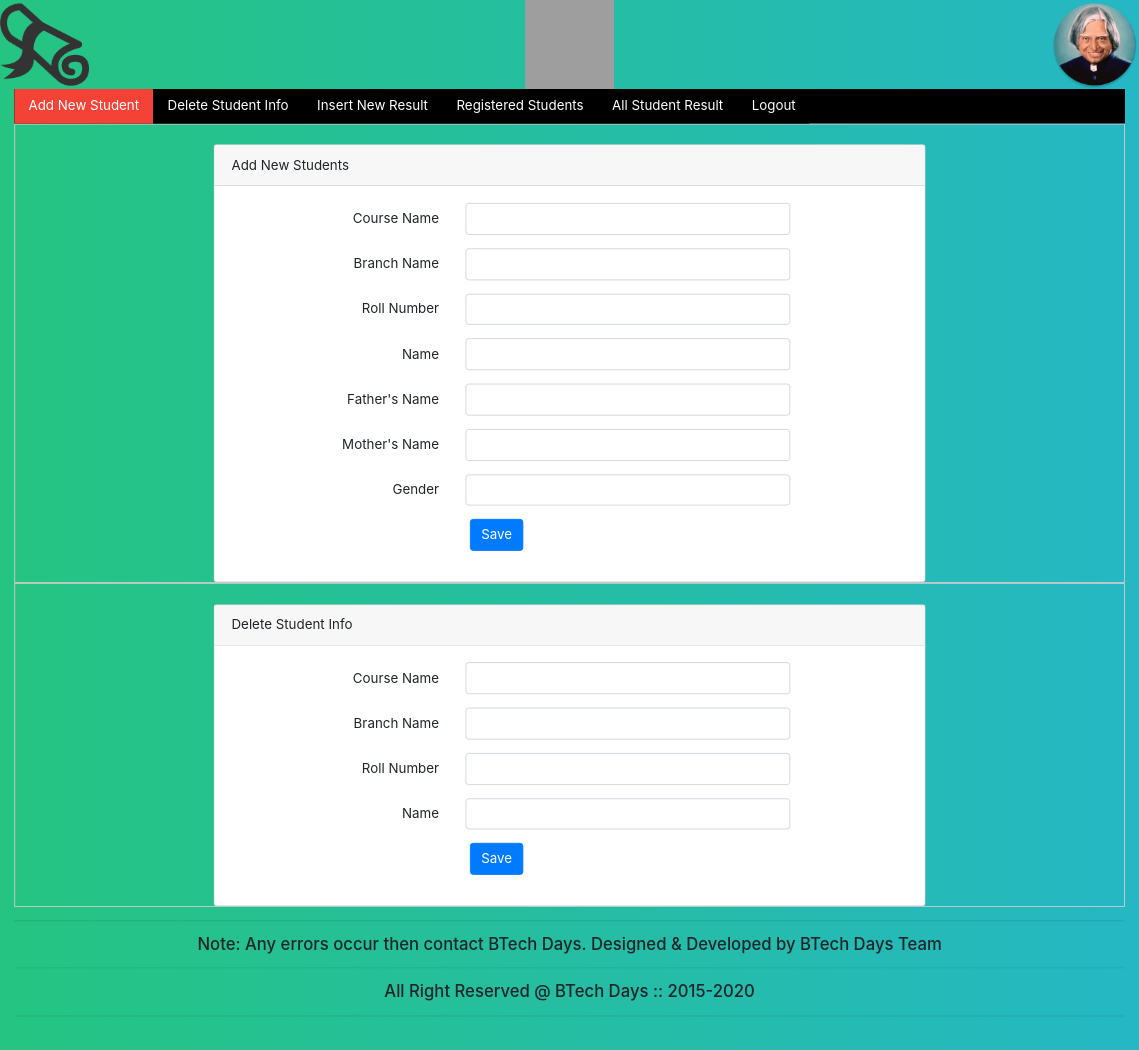
Repository: AlkaDas991/Dbms
Page: http://localhost/Student_Record_Management/adminHome.jsp
An editor plug-in stored every save of this project. The page is shown before and after the next save, followed by the edit.
The browser window is 1280 px wide. The pictures show the whole page, at 89% of full size.
Pictures or frames that could not be fetched are drawn as grey boxes. Some web fonts or font styles are not loaded; a fallback is used. Some web libraries are served in a nearby version. The page is served by Tomcat 9. Queries for data that is not in the repository find no rows.

Above is the page before, as saved 2021-03-12 19:12:50.
Console error: TypeError: Cannot read properties of undefined (reading 'fn')

After the next save:
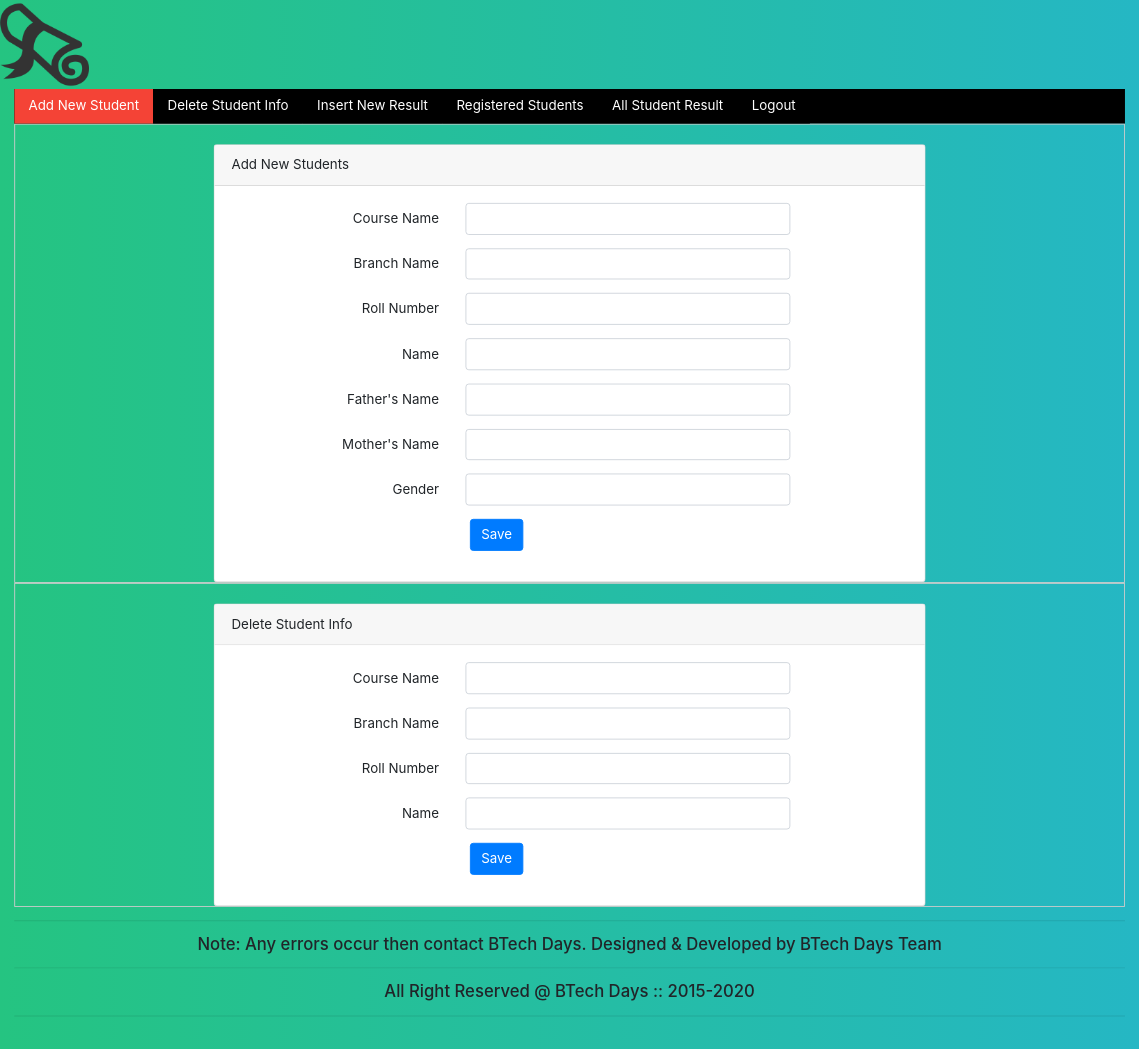
Saved 36 s later.
--- a/Student Record Management/WebContent/adminHome.jsp
+++ b/Student Record Management/WebContent/adminHome.jsp
@@ -4,9 +4,6 @@
 <title>IIIT,BBSR</title>
 <body>
 <img src="logo.png"  align="left"width="100" height="100">
-<center><img src="ng" width="100" height="100" position="absolute";
-  clip = "rect(0px,60px,200px,0px)">
-<img src="apj sir.png" align="right"  width="100" height="100"></center>
 <div class="w3-container">
   <div class="w3-bar w3-black">
     <button class="w3-bar-item w3-button tablink w3-red" onclick="openCity(event,'London')">Add New Student</button>
